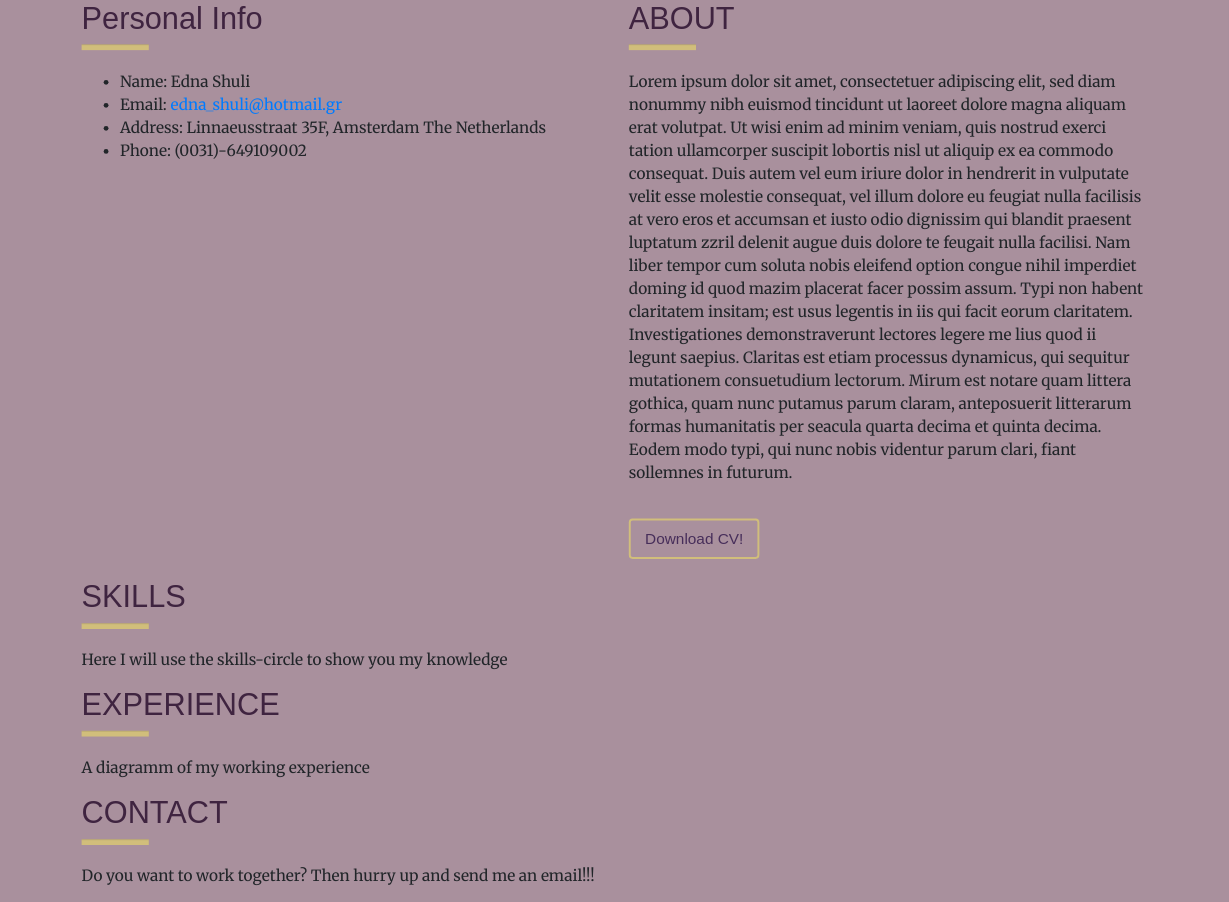
Repository: edshuli/Portfolio
Page: index.html
The author's editor kept a record of every edit. The page is drawn from the files as they stood at one moment, then again after the next edit.
The browser window is 1280 px wide. The pictures show the part of the page from y = 720 to 1708 px (the page is 1660 px tall before and 1708 px after), at 96% of full size.
Backgrounds fixed to the window are drawn as part of the page. Some web fonts or font styles are not loaded; a fallback is used.

Above is the page before.

### index.html
<!DOCTYPE html>
<html lang="en">

<head>
    <meta charset="UTF-8">
    <meta name="viewport" content="width=device-width, initial-scale=1.0">
    <meta http-equiv="X-UA-Compatible" content="ie=edge">
    <link rel="stylesheet" href="https://stackpath.bootstrapcdn.com/bootstrap/4.3.1/css/bootstrap.min.css" type="text/css" />
    <link rel="stylesheet" href="https://stackpath.bootstrapcdn.com/font-awesome/4.7.0/css/font-awesome.min.css" type="text/css" />
    <link rel="stylesheet" href="https://cdnjs.cloudflare.com/ajax/libs/hover.css/2.3.1/css/hover-min.css" type="text/css" />
    <link rel="stylesheet" href="assets/css/style.css" type="text/css" />
    <title>Edna Shuli - Full Stack Web Developer</title>
</head>

<body>

    <div class="container-fluid navbar-menu">
        <div class="row">
            <div class="col-12">
                <!-- NAVBAR -->
                <nav class="navbar navbar-expand-sm fixed-top navbar-light ">
                    <a href="index.html" class="navbar-brand"><i class="fa fa-home" aria-hidden="true"></i>Ed.Sh</a>
                    <button class="navbar-toggler" type="button" data-toggle="collapse" data-target="#menuDropdown" aria-controls="menuDropdown" aria-expanded="false" aria-label="Toggle navigation">
           <span class="navbar-toggler-icon"></span>
       </button>

                    <div id="menuDropdown" class="navbar-collapse collapse">
                        <ul class="navbar-nav mr-auto">
                            <li><a class="nav-link text-uppercase" href="#">about</a></li>
                            <li><a class="nav-link text-uppercase" href="#">skills</a></li>
                            <li><a class="nav-link text-uppercase" href="#">work</a></li>
                            <li><a class="nav-link text-uppercase" href="#">education</a></li>
                            <li><a class="nav-link text-uppercase" href="#">contact</a></li>
                            <li><a class="nav-link text-uppercase" href="#">cv</a></li>
                        </ul>
                    </div>
            </div>
        </div>
        </nav>
    </div>
    <div class="container-fluid homepage-container ">
        <div class="row">
            <div class="col-12">
                <!--  <div class="opaque-overlay">&nbsp;</div> -->
                <div class="jumbotron ">
                    <h1 class="header">Hi! I'm </br><span class="name">
            Edna Shuli</span></h1>
                    <p class="title">Full Stack Web Developer</p>
                </div>
            </div>
        </div>
    </div>

    <!-- <div class="container-fluid homepage-container"> -->

    <!-- NAVBAR -->
    <!--    <nav class="navbar navbar-light navbar-fixed-top ">
            <div class="navbar-container">
                <button class="navbar-toggler" type="button" data-toggle="collapse" data-target="#menuDropdown" aria-controls="menuDropdown" aria-expanded="false" aria-label="Toggle navigation">
           <span class="navbar-toggler-icon"></span>
       </button>

                <div id="menuDropdown" class="navbar-collapse collapse">
                    <ul class="navbar-nav ">
                        <li><a href="#">home</a></li>
                        <li><a href="#">about</a></li>
                        <li><a href="#">skills</a></li>
                        <li><a href="#">experience</a></li>
                        <li><a href="#">education</a></li>
                        <li><a href="#">contact</a></li>
                        <li><a href="#">cv</a></li>
                    </ul>
                </div>
            </div>
        </nav> -->
    <!-- JUMBOTRON-->

    <!--   <div class="jumbotron jumbotron-fluid "> -->
    <!-- <div class="opaque-overlay">&nbsp;</div> -->
    <!--       <h1 class="header text-uppercase">Hi! I'm </br><span class="name">
            Edna Shuli</span></h1>
            <h2 class="title">Full Stack Web Developer</h2>
        </div>
    </div>
-->




    <!-- ABOUT ME -->
    <section class="aboutme">
        <div class="container aboutme-container">
            <div class="row">
                <div class="col-md-6">
                   <div class="personal-info">
                       <h2 class="uppercase">Personal Info</h2>
                       <hr class="title-divider">
                       <ul>
                           <li>Name: Edna  Shuli</li>
                           <li>Email: <a href="mailto:edna_shhuli@hotmail.gr">edna_shuli@hotmail.gr</a></li>
                           <li>Address: Linnaeusstraat 35F, Amsterdam The Netherlands</li>
                           <li>Phone: (0031)-649109002</li>
                       </ul>
                   </div>
               </div>
                <div class="col-md-6">
                    <h2 class="text-uppercase">About</h2>
                    <hr class="title-divider">
                    <div class="aboutmeitem">
                        <p>Lorem ipsum dolor sit amet, consectetuer adipiscing elit, sed diam nonummy nibh euismod tincidunt ut laoreet dolore magna aliquam erat volutpat. Ut wisi enim ad minim veniam, quis nostrud exerci tation ullamcorper suscipit lobortis
                            nisl ut aliquip ex ea commodo consequat. Duis autem vel eum iriure dolor in hendrerit in vulputate velit esse molestie consequat, vel illum dolore eu feugiat nulla facilisis at vero eros et accumsan et iusto odio dignissim
                            qui blandit praesent luptatum zzril delenit augue duis dolore te feugait nulla facilisi. Nam liber tempor cum soluta nobis eleifend option congue nihil imperdiet doming id quod mazim placerat facer possim assum. Typi non habent
                            claritatem insitam; est usus legentis in iis qui facit eorum claritatem. Investigationes demonstraverunt lectores legere me lius quod ii legunt saepius. Claritas est etiam processus dynamicus, qui sequitur mutationem consuetudium
                            lectorum. Mirum est notare quam littera gothica, quam nunc putamus parum claram, anteposuerit litterarum formas humanitatis per seacula quarta decima et quinta decima. Eodem modo typi, qui nunc nobis videntur parum clari, fiant
                            sollemnes in futurum.</p>
                    </div>
                    <button class="btn">Download CV!</button>
                </div>
            </div>
        </div>
    </section>



    <!-- Skills -->
    <div class="container skills-container">
        <section class="skills">
            <h2 class="text-uppercase">Skills</h2>
            <hr class="title-divider">
            <div class="skillsitem">
                <p>Here I will use the skills-circle to show you my knowledge</p>
            </div>
        </section>
    </div>



    <!-- Experience -->
    <div class="container experience-container">
        <section class="experience">
            <h2 class="text-uppercase">Experience</h2>
            <hr class="title-divider">
            <div class="work-history">
                <p>A diagramm of my working experience</p>
            </div>
        </section>
    </div>




    <!-- Contact -->
    <div class="container contact-container">
        <section class="contact">
            <h2 class="text-uppercase">Contact</h2>
            <hr class="title-divider">
            <div class="contact-info">
                <p>Do you want to work together? Then hurry up and send me an email!!!</p>
            </div>
        </section>
    </div>


    <!-- Download
        <section class="downloadcv">
           <button class="btn">Download CV!</button
        </section>
       -->
    <footer>

    </footer>

    <script src="https://code.jquery.com/jquery-3.3.1.slim.min.js" integrity="sha384-q8i/X+965DzO0rT7abK41JStQIAqVgRVzpbzo5smXKp4YfRvH+8abtTE1Pi6jizo" crossorigin="anonymous"></script>
    <script src="https://cdnjs.cloudflare.com/ajax/libs/popper.js/1.14.7/umd/popper.min.js" integrity="sha384-UO2eT0CpHqdSJQ6hJty5KVphtPhzWj9WO1clHTMGa3JDZwrnQq4sF86dIHNDz0W1" crossorigin="anonymous"></script>
    <script src="https://stackpath.bootstrapcdn.com/bootstrap/4.3.1/js/bootstrap.min.js" integrity="sha384-JjSmVgyd0p3pXB1rRibZUAYoIIy6OrQ6VrjIEaFf/nJGzIxFDsf4x0xIM+B07jRM" crossorigin="anonymous"></script>
</body>


</html>

### assets/css/style.css
@import url('https://fonts.googleapis.com/css?family=Merriweather:100,200,300,400,500,600,700|Playfair+Display:100,200,300,400,500,600,700|Nanum+Gothic:100,200,300,400');

body {
    font-family: "Merriweather", sans-serif;
    background-color: #a9909d;
}


/* ------------------------Button/Download--------------------*/

.btn {
    font: 16px "Playfair", sans-serif;
    color: #472e5a;
    margin: 20px 0px;
    padding: 10px 15px;
    border: 2px solid #d1be7b;
    display: inline-block;
}

/*---------------------HOMEPAGE/JUMBOTRON--------------------*/

.homepage-container {
    height: 100vh;
    background: url(../images/logo1.jpg) no-repeat center center fixed;
    -webkit-background-size: cover;
    -moz-background-size: cover;
    -o-background-size: cover;
    background-size: cover;

    display: flex;
    align-items: center;
    justify-content: center;
}



/*------------------------Jumbotron ---------------------*/

.jumbotron {
    background-color: transparent;
    margin-bottom: 0px;
    padding: 150px 700px 50px 0;
}

.header {
    color: #3e2832;
    font-size: 45px;
    font-weight: 300;
    margin-bottom: 10px;
}


.header {
    font-family: "Playfair", sans-serif;
}

span {
    font-family: "Merriweather", sans-serif;
}

.title {
    font-family: "Playfair", sans-serif;
    border-bottom-width: 1px;
    border-bottom-style: solid;
    border-bottom-color: #4f3943;
    border-top-width: 1px;
    border-top-style: solid;
    border-top-color: #4f3943;
    color: #4f3943;
    font-size: 25px;
    font-weight: 300;
    text-transform: uppercase;
    letter-spacing: 1px;
    padding: 15px 0;
}


/*---------------------------------Navbar ------------*/

.navbar {
    background-color: rgba(0, 0, 0, 0.7);
    overflow: hidden;
    position: fixed;

}

.navbar-menu {
    padding-left: 0;
    padding-right: 0;

}

.navbar-light .navbar-brand {
    letter-spacing: 1px;
    color: #d1be7b;
    font-size: 20px;
    font-weight: bold;

}

.navbar .navbar-nav a {
    font-weight: bold;
    color: #d1be7b;
    letter-spacing: 1px;
    text-decoration: none;
}

.navbar-light .navbar-nav .nav-link {
    color: #d1be7b;
}

.fa-home {
    color: #d1be7b;
}



/*-----------For mobile ------------*/

.navbar-collapse {
    text-align: right;
    display: block;
}

.navbar-toggler {
    line-height: 1;
    background-color: #f8f9fa7a;
    border: 1px solid #fafaf8;
    border-radius: .25rem;
}

/*----------------------------TITLES/HEADERS----------------------------*/

h2 {
    font-family: "Nanum+Gothic", sans-serif;
    color: #3f2440;
    background-color: transparent
}

.title-divider{
    width: 70px;
    height: 5px;
    background-color: #d1be7b;
    margin: 0 0 20px 0;
}
.aboutme-container {}

.skills-container {}

.experience-container {}


.contact-container {}


/*------------------ MEDIA QUERRIES--------------*/

@media (max-width: 992px) {
    .homepage-container {
        background-attachment: scroll;
    }
}

/*
@media (min-width:768px){
    .jumbotron{
        padding-top:48px;
        padding-bottom:48px;
    }
}

*/

/*
.logo{
    background: url(../images/logo.jpg);
    background-position: center;
    background-repeat: no-repeat;
    background-size: cover;
    height: 300px;
    width: 200px;
}
.menucontainer{
  height: 100%;
  width: 200px;
  position: fixed;
  z-index: 1;
  top: 0;
  left: 0;
  background-color:rgba(105,52,102,1.3);
  overflow-x: hidden;
  padding-top: 250px;

}

.menuitem {
  padding: 6px 6px 6px 10px;
  text-decoration: none;
  font-size: 14px;
  color: #e5c54b;
  display: block;
  text-transform: uppercase;
}


*/

After the next edit:
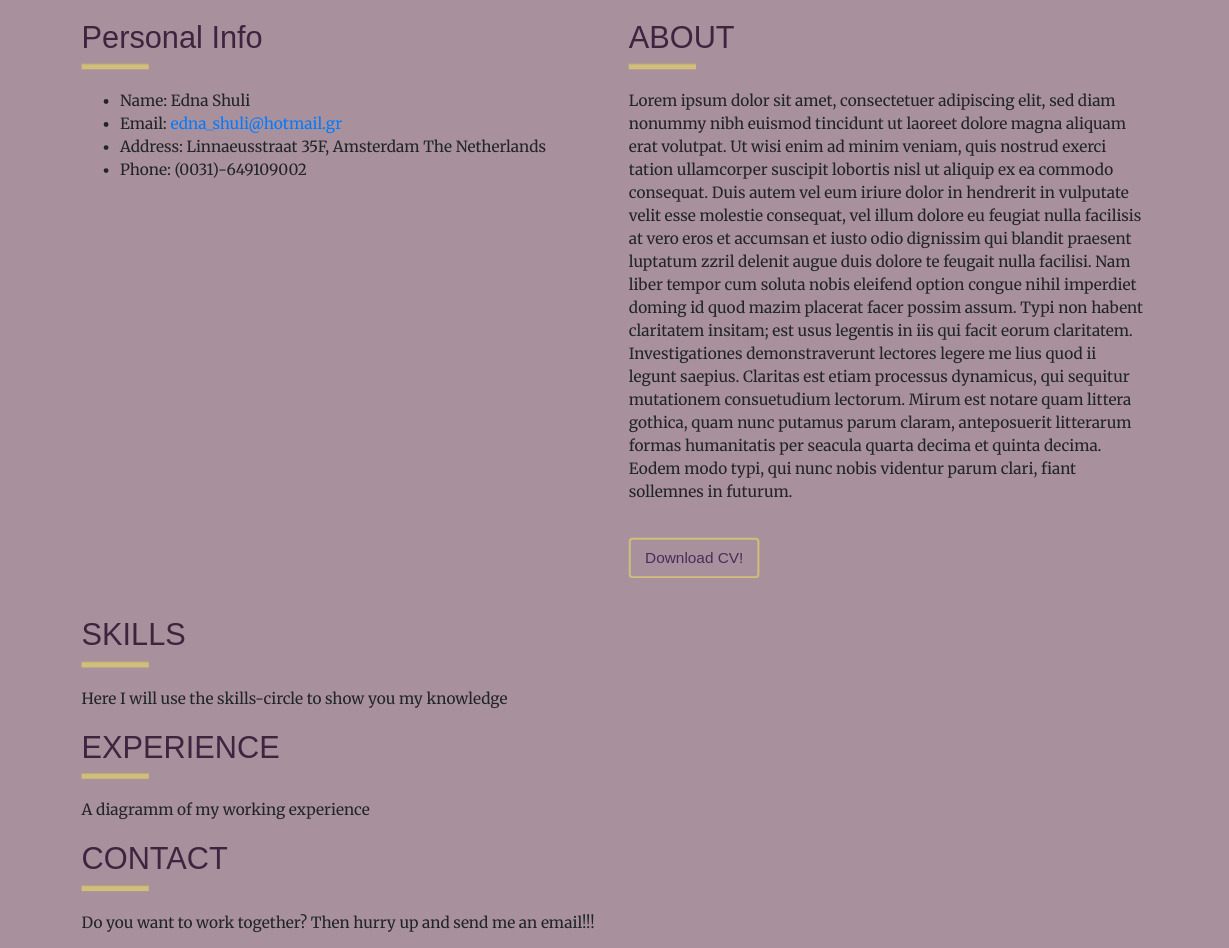
The edit:
--- a/assets/css/style.css
+++ b/assets/css/style.css
@@ -134,7 +134,8 @@
 h2 {
     font-family: "Nanum+Gothic", sans-serif;
     color: #3f2440;
-    background-color: transparent
+    background-color: transparent;
+    margin-top:20px;
 }
 
 .title-divider{
